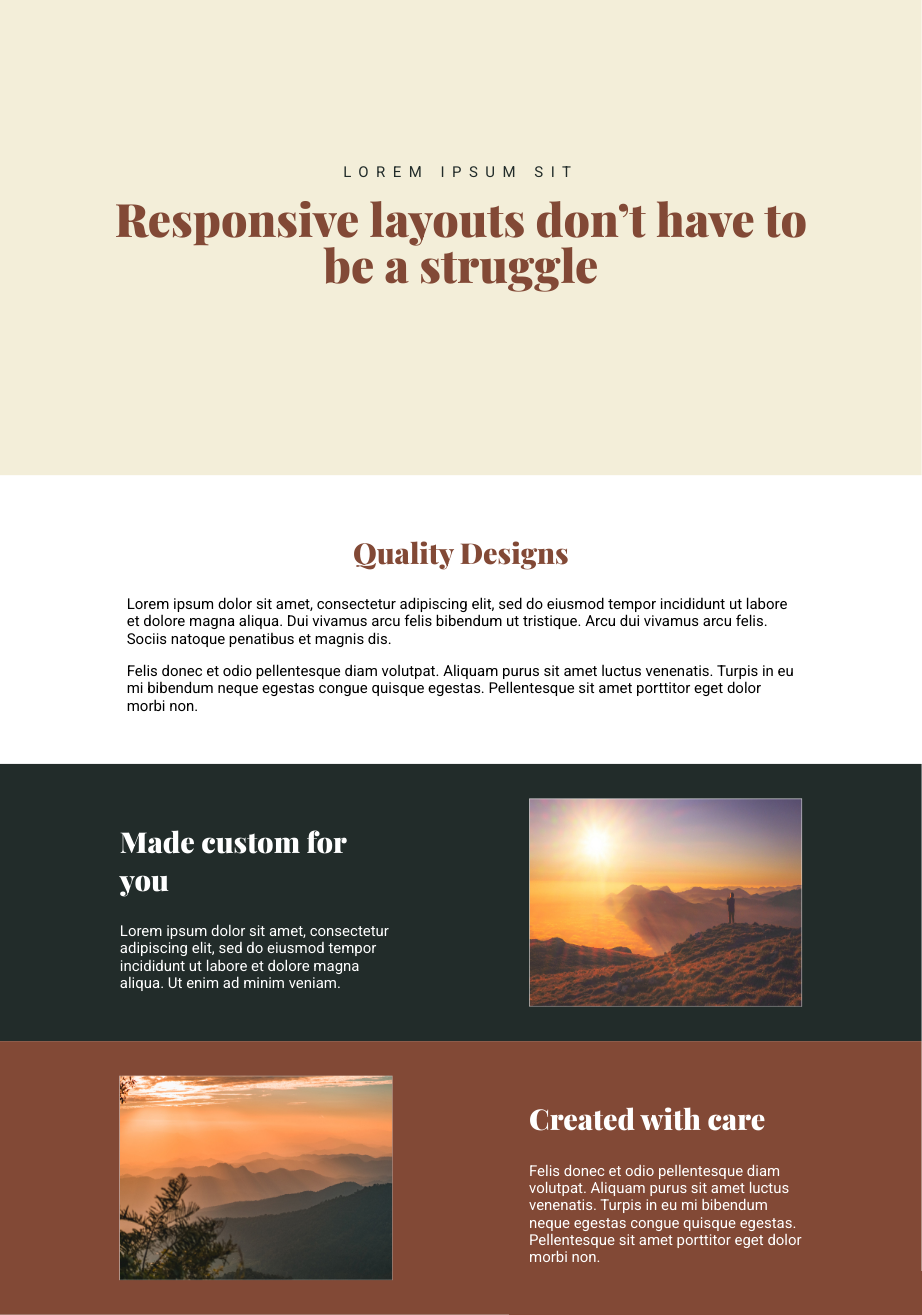
Repository: GregG21/Kevin-Powell-21-day-challange
Page: Day 12/index.html
These files come from the project's save history. The page is drawn as it stood at one moment and after the next save; the edit follows.
The browser window is 1280 px wide. The pictures show the whole page, at 72% of full size.
The style sheet was rebuilt from its Sass, Less or Tailwind sources for each picture, by a compiler version that may differ from the author's.

Above is the page before, as saved 2020-09-12 08:55:23.

After the next save:
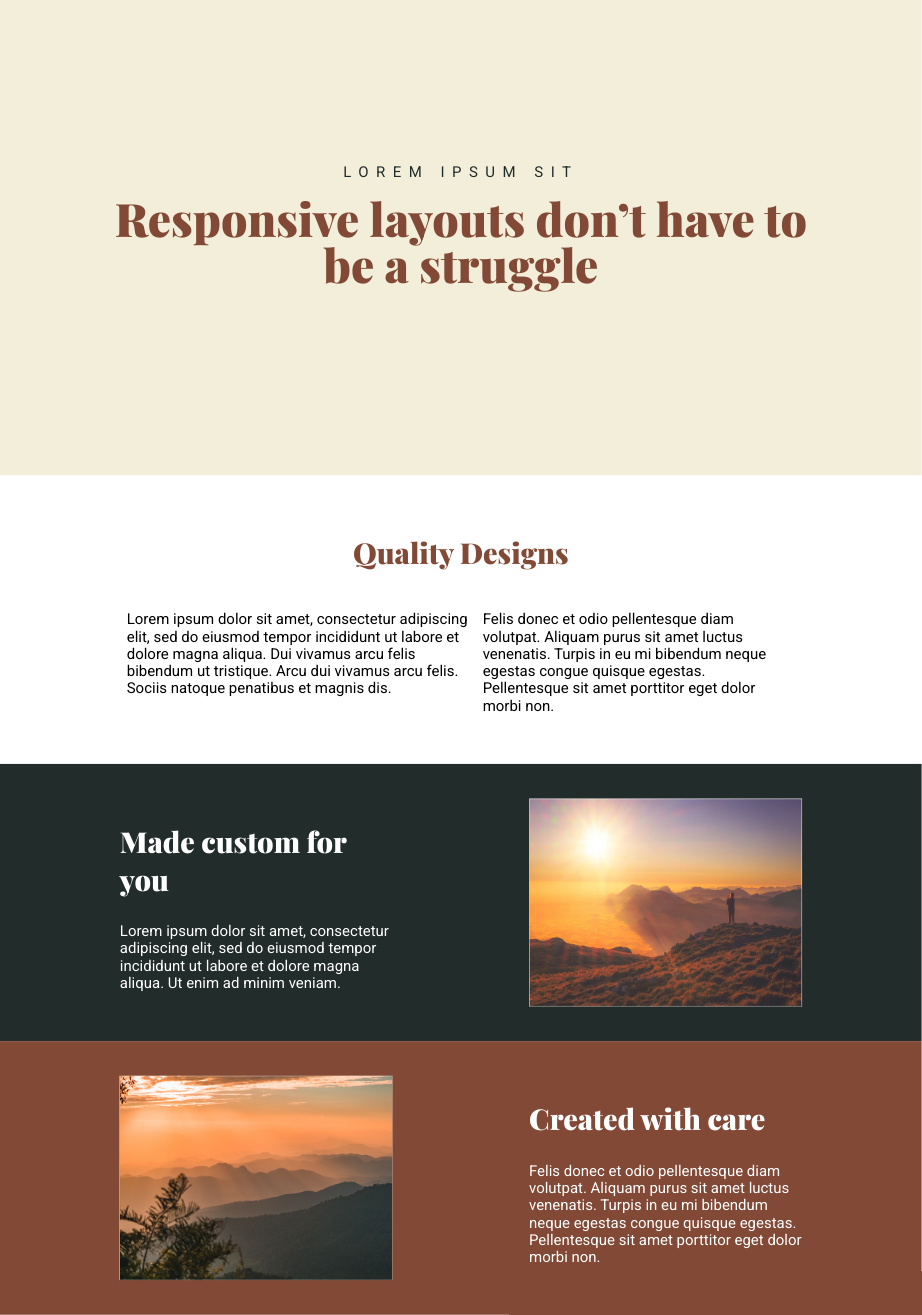
Saved 53 s later.
--- a/Day 12/index.html
+++ b/Day 12/index.html
@@ -23,6 +23,7 @@
     <main>
       <section class="container section__one">
         <h2 class="section__title display-flex">Quality Designs</h2>
+        <div class="display-flex">
         <div class="left">
           <p>
             Lorem ipsum dolor sit amet, consectetur adipiscing elit, sed do
@@ -39,6 +40,7 @@
             non.
           </p>
         </div>
+    </div>
       </section>
 
       <section class="section__two">
